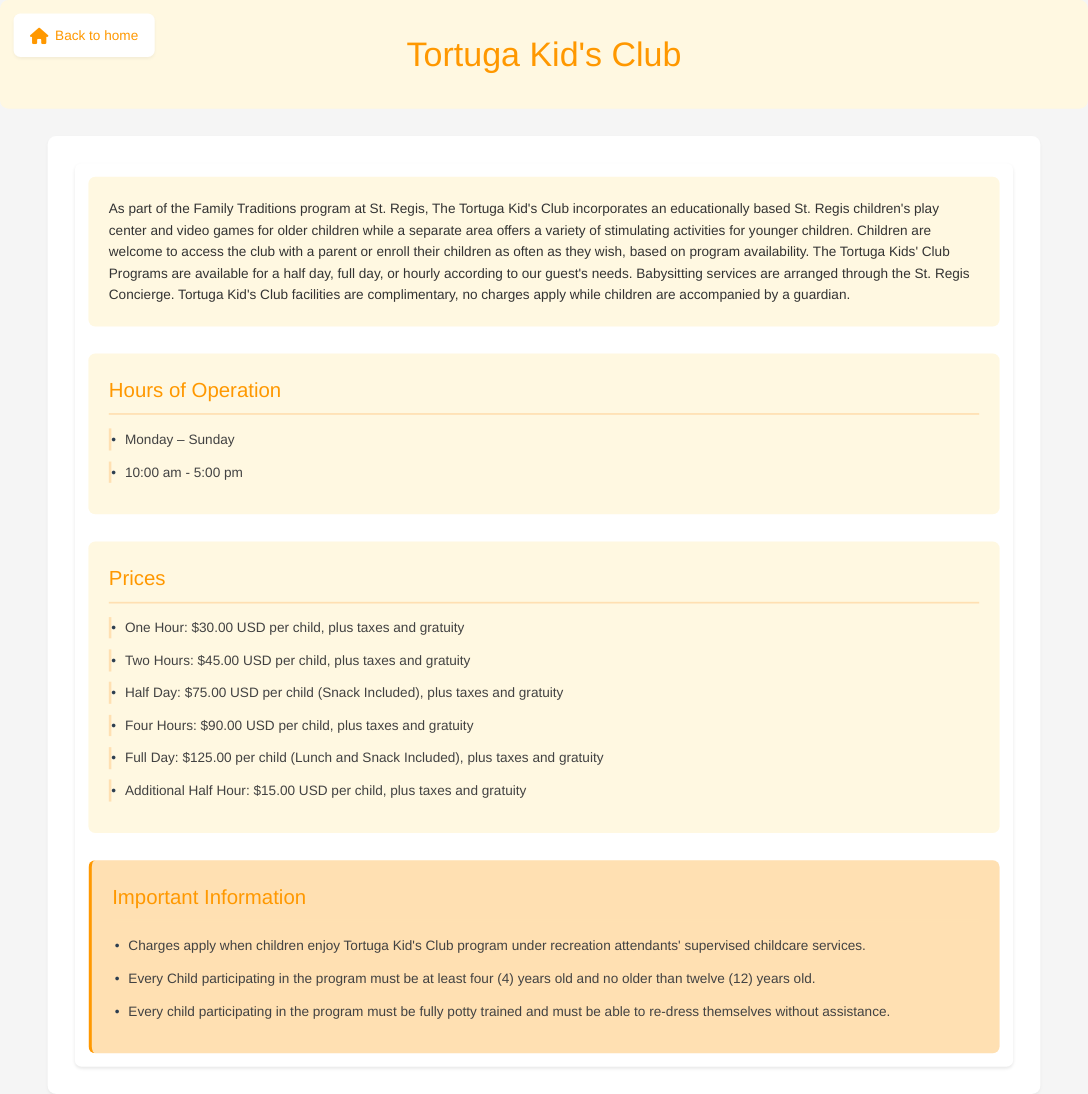
Repository: chvg1968/airphonebook
Page: src/html/pages/tortuga.html
The author's editor kept a copy of each file at every save. The page is drawn from the files as they stood at one save, then again after the next save.
The browser window is 1280 px wide. The pictures show the whole page, at 85% of full size.

Above is the page before, as saved 2025-02-06 14:12:53.

After the next save:
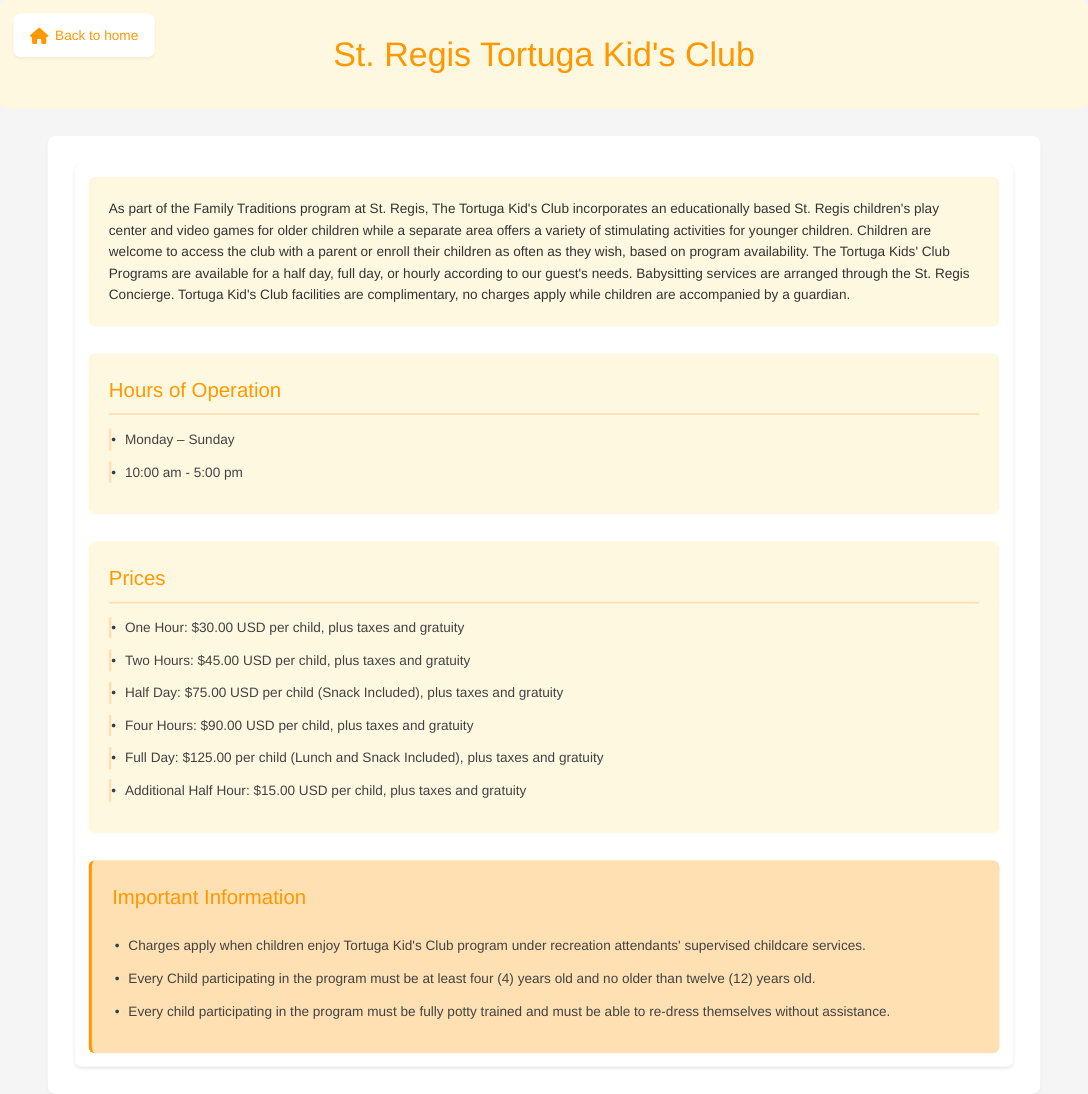
Saved 2 min 58 s later.
--- a/src/html/pages/tortuga.html
+++ b/src/html/pages/tortuga.html
@@ -3,7 +3,7 @@
 <head>
     <meta charset="UTF-8">
     <meta name="viewport" content="width=device-width, initial-scale=1.0">
-    <title>Tortuga Kid's Club</title>
+    <title>St. Regis Tortuga Kid's Club</title>
     <link rel="stylesheet" href="/public/assets/styles/main.css">
     <link rel="stylesheet" href="/public/assets/styles/components/tortuga.css">
     <link rel="stylesheet" href="https://cdnjs.cloudflare.com/ajax/libs/font-awesome/6.0.0/css/all.min.css">
@@ -15,7 +15,7 @@
                 <i class="fas fa-home"></i>
                 <span>Back to home</span>
             </a>
-            <h1 id="propertyTitle">Tortuga Kid's Club</h1>
+            <h1 id="propertyTitle">St. Regis Tortuga Kid's Club</h1>
         </div>
 
         <div class="property-container">
